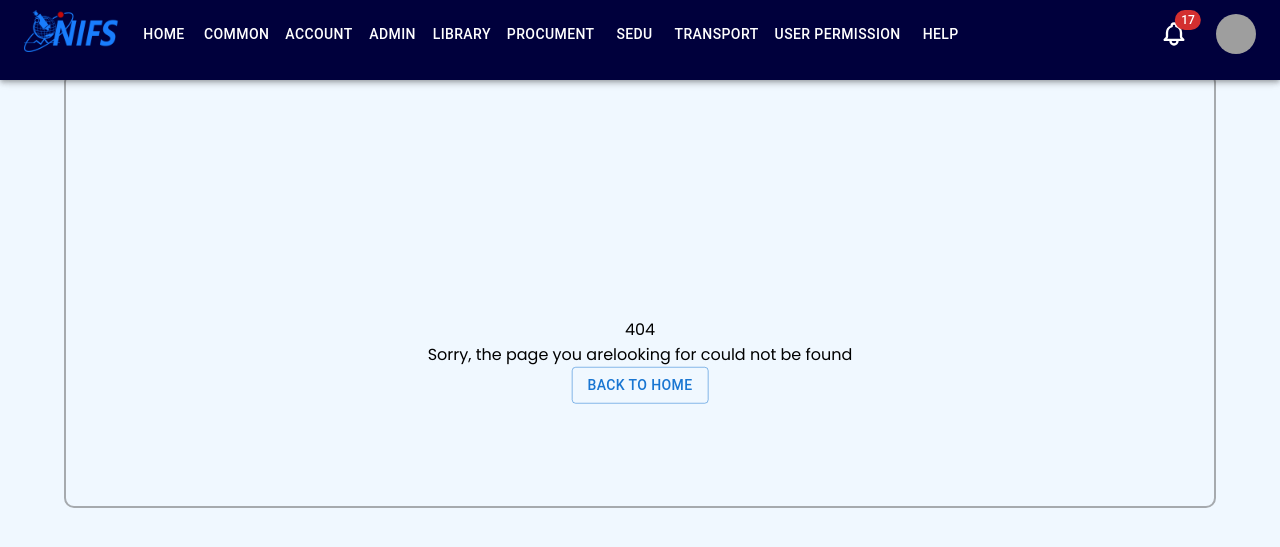
Repository: virangaj/NIFS-WebApp
Page: /error-404 (app in client/)
The author's editor kept a copy of each file at every save. The page is drawn from the files as they stood at one save, then again after the next save.
The browser window is 1280 px wide. The pictures show the whole page.
Pictures or frames that could not be fetched are drawn as grey boxes. The project was rebuilt for these pictures with package versions that can differ from the ones it lists, and the page was loaded fresh each time. Also part of the build but not shown: client/src/pages/Login.tsx, client/src/pages/Home.tsx, client/src/components/Transport/shared/TransportNavbar.js, client/src/pages/TransportMainPage.tsx, client/src/pages/CommonMainPage.tsx, client/src/pages/AccountMainPage.tsx, client/src/pages/AdminMainPage.tsx, client/src/pages/LibraryMainPage.js and 16 more.

Above is the page before, as saved 2022-07-27 20:20:32.

After the next save:
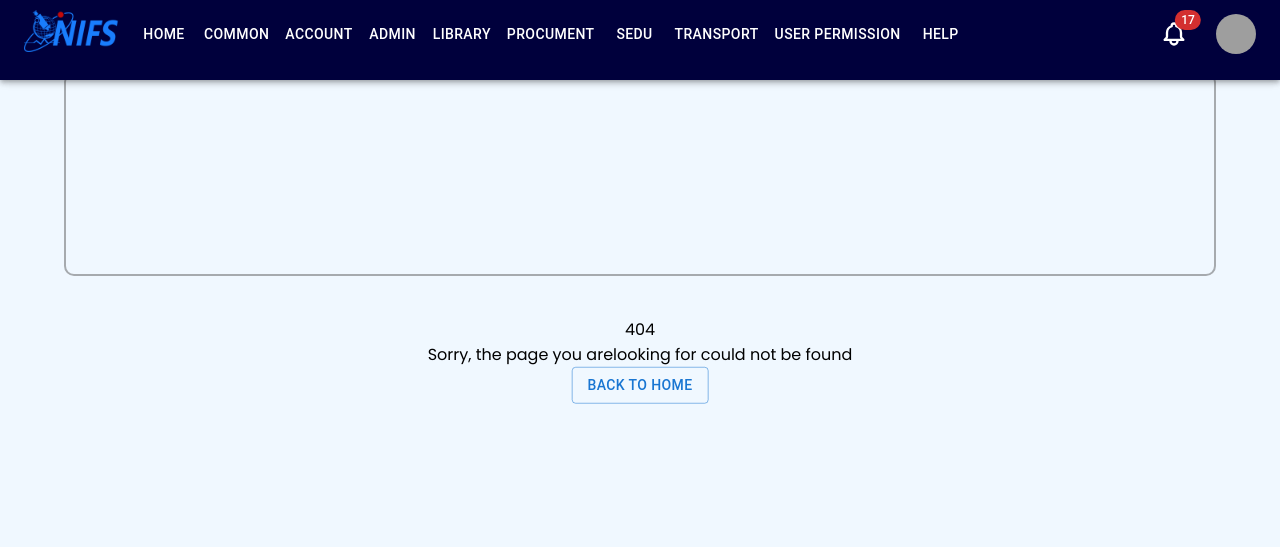
Saved 13 s later.
--- a/client/src/index.css
+++ b/client/src/index.css
@@ -136,7 +136,7 @@ a {
 .error-page {
   border: 2px solid var(--gray);
   border-radius: var(--border-radius);
-  height: 60vh;
+  height: 200px;
 }
 
 .error-page-content {
